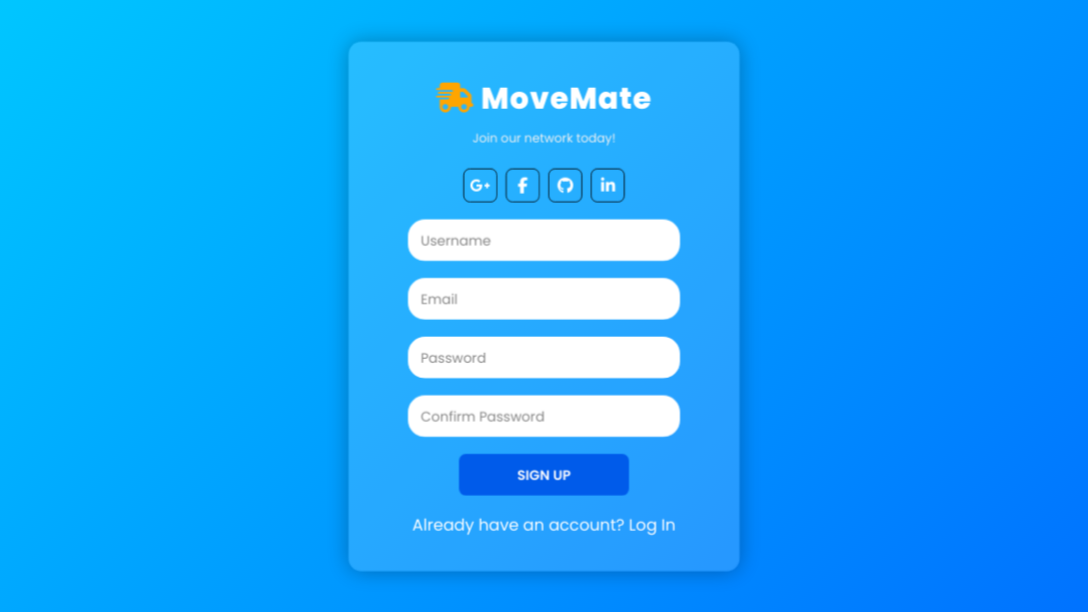
Repository: MoveMate7018/Slokdhorda7014
Page: registration.html
These files come from the project's save history. The page is drawn as it stood at one moment and after the next save; the edit follows.
The browser window is 1280 px wide. The pictures show the whole page, at 85% of full size.

Above is the page before, as saved 2025-10-27 15:06:36.

After the next save:
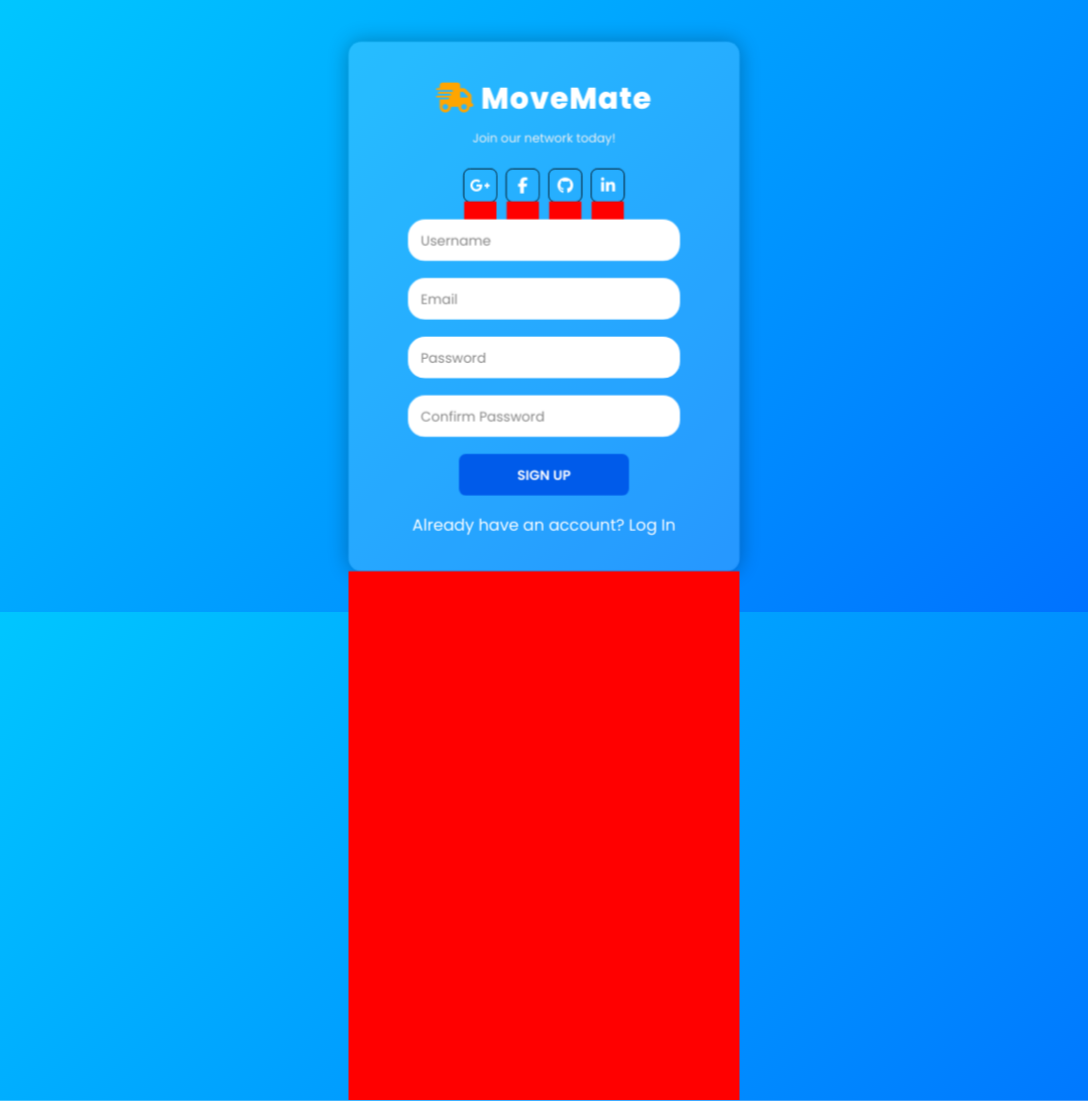
Saved 23 s later.
--- a/Assets/css/registration.css
+++ b/Assets/css/registration.css
@@ -229,7 +229,7 @@
   transform: rotateY(360deg);
 }
 
-ul li a:before {
+a:before {
   content: "";
   position: absolute;
   top: 100%;
